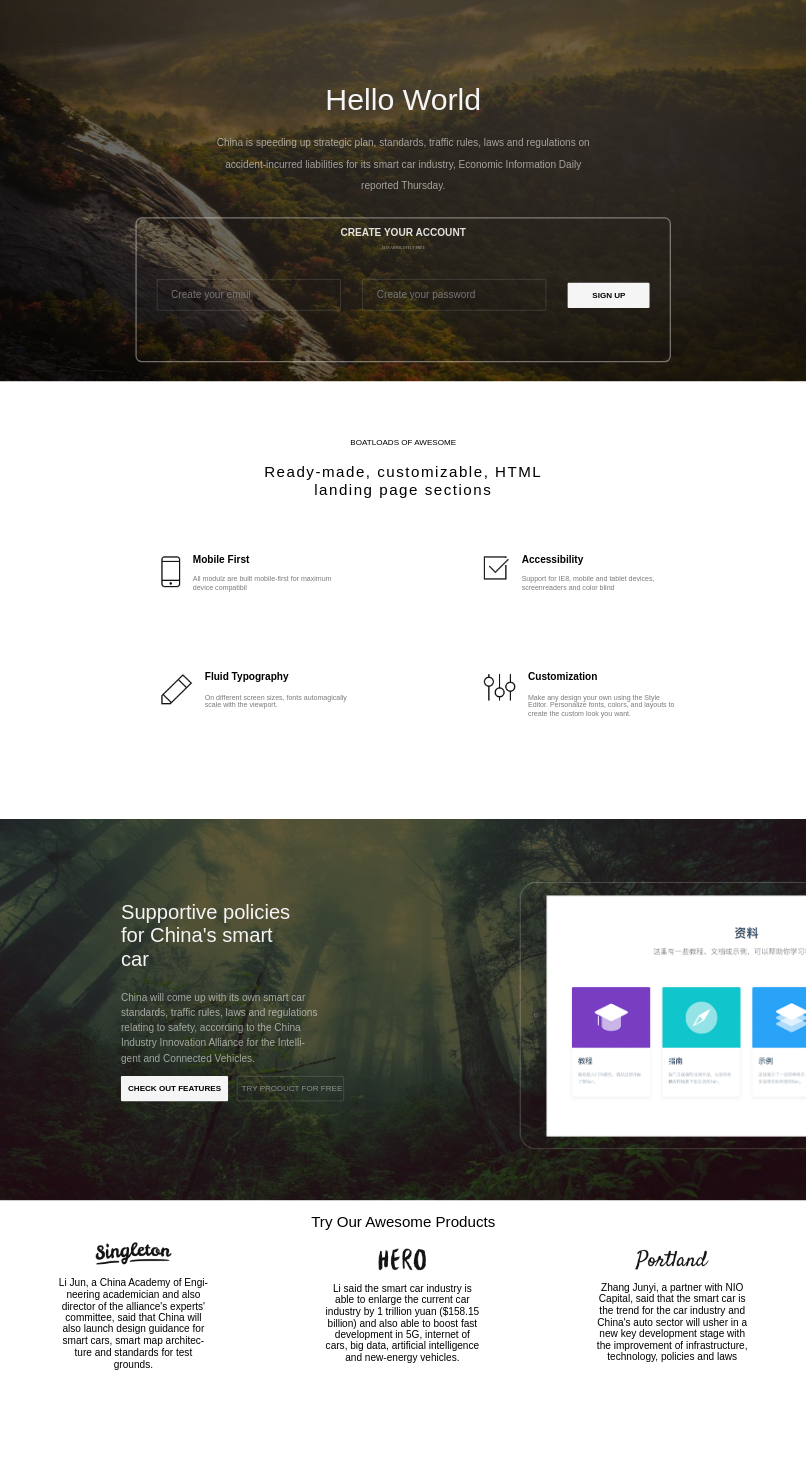
Repository: sogeisetsu/suy-ife
Page: 009-011/index.html
These files come from the project's save history. The page is drawn as it stood at one moment and after the next save; the edit follows.
The browser window is 1280 px wide. The pictures show the whole page, at 63% of full size.

Above is the page before, as saved 2019-10-12 01:29:26.

### 009-011/index.html
<!DOCTYPE html>
<html>
    <head>
        <meta name="charset" content="utf-8">
        <meta http-equiv="refresh" content="30">
        <link rel="stylesheet" href="normalize.css" type="text/css">
        <link rel="stylesheet" href="index.css" type="text/css">
    </head>
    <body>
        <div id=head>
            <div class=headback>
                <img src="sucai/head-back.png" alt="头部背景" class="head-image">
                <div class="headbackcolor"></div>
            </div>
            <div class="headfont">
                <h1 class="headfonttittle">Hello World</h1>
                <p class="headfonttext">China is speeding up strategic plan, standards, traffic rules, laws and regulations on  </p>
                <p class="headfonttext">accident-incurred liabilities for its smart car industry, Economic Information Daily </p>
                <p class="headfonttext">reported Thursday.</p>
            </div>
            <div class="headform">
                <h2 class="tittle">Create Your Account</h2>
                <p class="text">It is absolutely free</p>
                <form action="#">
                    <input class="input-field" type="email" name="email" id="email" placeholder="Create your email">
                    <input class="input-field" type="password" name="pws" id="pws" placeholder="Create your password">
                    <input class="sign-up" type="button" value="Sign Up">
                </form>
            </div>
        </div>
        <div id="page2">
            <div class="p2head">
                <p>Boatloads of Awesome</p>
                <h2>Ready-made, customizable, HTML <br>landing page sections</h2>
            </div>
            <div class="p2text">
                <div class="iphone">
                    <img src="sucai/Iphone Icon.png" alt="iphone">
                    <div class="texto">
                    <p class="tittle">Mobile First</p>
                    <p class="text">All modulz are built mobile-first for maximum<br>device compatibil </p>
                    </div>
                </div>
                <div class="check">
                    <img src="sucai/Check Icon.png" alt="check">
                    <div class="texto">
                    <p class="tittle">Accessibility</p>
                    <p class="text">Support for IE8, mobile and tablet devices,<br> screenreaders and color blind</p>
                    </div>
                </div>
                <div class="pencil">
                    <img src="sucai/Pencil Icon.png" alt="pencil">
                    <div class="texto">
                    <p class="tittle">Fluid Typography</p>
                    <p class="text">On different screen sizes, fonts automagically<br> scale with the viewport.</p>
                    </div>
                </div>
                <div class="setting">
                    <img src="sucai/Settings Icon.png" alt="setting">
                    <div class="texto">
                    <p class="tittle">Customization</p>
                    <p class="text">Make any design your own using the Style<br> Editor. Personalize fonts, colors, and layouts to<br> create the custom look you want.</p>
                    </div>
                </div>
            </div>
        </div>
        <div id=page3>
            <div class=page3back>
                <img src="sucai/page3background.png" alt="第三张背景" class="page3-image">
                <!-- <img src="sucai/page3Screen.png" alt="ipad屏幕" class="page3-screen"> -->
                <div class="headbackcolor"></div>
                <img src="sucai/page3Screen.png" alt="ipad屏幕" class="page3-screen">
            </div>
            <div class="page3text">
                <p class="tittle">Supportive policies<br> for China's smart<br> car</p>
                <p class="text">China will come up with its own smart car<br> standards, traffic rules, laws and regulations<br> relating to safety, according to the China<br> Industry Innovation Alliance for the Intelli-<br>gent and Connected Vehicles.</p>
                <input class="CheckoutFeatures" type="button" value="CHECK OUT FEATURES">
                <input class="TryproductforFree" type="button" value="Try product for Free">
            </div>
        </div>
        <div id="page4">
            <h2 class="tittle">Try Our Awesome Products</h2>
            <div class="text">
                <div class="singleton">
                    <img src="sucai/Singleton.png" alt="singleton">
                    <p>Li Jun, a China Academy of Engi-<br>neering academician and also<br> director of the alliance's experts'<br> committee, said that China will<br> also launch design guidance for<br> smart cars, smart map architec-<br>ture and standards for test<br> grounds.</p>
                </div>
                <div class="hero">
                    <img src="sucai/Hero.png" alt="hero">
                    <p>Li said the smart car industry is<br> able to enlarge the current car<br> industry by 1 trillion yuan ($158.15<br> billion) and also able to boost fast<br> development in 5G, internet of<br> cars, big data, artificial intelligence<br> and new-energy vehicles.</p>
                </div>
                <div class="portlaned">
                    <img src="sucai/Portland.png" alt="portland">
                    <p>Zhang Junyi, a partner with NIO<br> Capital, said that the smart car is<br> the trend for the car industry and<br> China's auto sector will usher in a<br> new key development stage with<br> the improvement of infrastructure,<br> technology, policies and laws</p>
                </div>
            </div>
        </div>
    </body>
</html>

### 009-011/index.css
html,body{
    margin: 0;
    height: 100%;
    width: 100%;
}
#head,#page2,#page3{
    width: 100%;
    height: 605px;
    /* overflow: hidden; */
}
#page4{
    width: 100%;
    height: 450px;
    overflow: hidden;
}
.headback{
    position: relative;
    width: 100%;
    height: 100%;
    z-index: -1;
}
.page3back{
    width: 100%;
    height: 100%;
    z-index: -1;
}
.page3-screen{
    position: relative;
    bottom: 1210px;
    height: 70%;
    display: block;
     margin-top: 100px;
     margin-right: 0%;
     float: right;
}
.headbackcolor{
    background-color: rgba(12, 10, 8, 0.61);
    width: 100%;
    height: 100%;
    position: relative;
    bottom: 605px;
}
.head-image,.page3-image{
    height: 100%;
    width: 100%;
    display: block;
}
.headfont{
    position: relative;
    margin: 0;
    bottom: 605px;
    text-align: center;
}
.headfonttittle,.page3text .tittle{
    margin-top: 130px;
    font-size: 3em;
    color: rgb(245, 245, 245);
    font-weight: 300;
}
.headfonttext,.page3text .text{
    font-weight: 300;
    color: rgba(255, 255, 255, 0.568);
}
.headform{
    position: relative;
    bottom: 605px;
    margin: 40px auto;
    border-style: solid ;
    border-width: 2px;
    border-color: rgba(236, 235, 233, 0.445);
    border-radius: 10px;
    box-sizing: border-box;
    width: 850px;
    display: flex;
    flex-direction: column;
    height: 230px;
}
.headform .tittle{
    color: rgba(252, 249, 246, 0.89);
    text-transform: uppercase;
    font-size: 1em;
    text-align: center;
}
.headform .text{
    color: rgba(252, 249, 246, 0.616);
    text-transform: uppercase;
    font-size: 0.3em;
    text-align: center;
    margin-top: 0;
    font-family: Montserrat-Light;
}
.headform form{
    margin: 40px auto;
}
input{
    color: rgb(245, 245, 245);
}
.headform .input-field{
    width: 292px;
    height: 50px;
    padding: 18px 0 18px 22px;
    margin-right: 30px;
    box-sizing: border-box;
	border-radius: 2px;
	border: solid 1px rgba(255, 255, 255, 0.2);
    background: transparent;
}

.headform .sign-up,.page3text .CheckoutFeatures,.page3text .TryproductforFree{
    color: rgb(0, 0, 0);
    background-color: rgb(245, 245, 245);
    text-align: center;
    border: 0;
    height: 40px;
    width: 130px;
    text-transform: uppercase;
    font-size: 0.8em;
    font-weight: bold;
    border-radius: 2px;
    cursor: pointer;
    outline: none;
}
.page3text .CheckoutFeatures{
    width: 170px;
}
.page3text .TryproductforFree{
    background-color: transparent;
    width: 170px;
    border: solid 1px rgba(255, 255, 255, 0.2);
    color: rgba(245, 245, 245, 0.486);
    font-weight: 400;
    position: relative;
    left: 10px;
}
.headform .sign-up:active{
    border: 0;
    border-color: rgb(245, 245, 245);
    outline: none;
}
.p2head{
    text-align: center;
    margin-top: 90px;
}
.p2head p{
    text-transform: uppercase;
    /* letter-spacing: 0.2em; */
    font-weight: 400;
    font-size: 0.8em;
    margin-bottom: 2em;
}
.p2head h2{
    font-weight: 400;
    letter-spacing: 0.1em;
    line-height: 1.2em;

}
.p2text{
    margin-top: 50px;
    display: flex;
    flex-flow: row wrap;
    margin-left: 20%;
}
.iphone,.check,.pencil,.setting{
    flex: 50%;
    margin-bottom: 60px;
    margin-top: 40px;
    /* overflow: hidden; */
}
.iphone img,.iphone .texto,.check .texto,.check img,.pencil .texto,.pencil img,.setting img,.setting .texto{
    float: left;
}
.iphone .texto,.check .texto,.pencil .texto,.setting .texto{
    position: relative;
    left: 20px;
    bottom: 20px;
    margin: 0;
}
.texto .tittle{
    font-weight: bold;
}
.texto .text{
    font-size: 0.7em;
    color: rgba(0, 0, 0, 0.521);
}
.page3text{
    width: 70%;
    left: 15%;
    bottom: 605px;
    position: relative;
}
.page3text .tittle{
    font-size: 2em;;
}
.page3text .text{
    line-height: 1.5em;
}
#page4 .tittle{
    text-align: center;
    font-weight: 300;
}
#page4 .text{
    display: flex;
    flex-flow: row;
    text-align: center;
    align-items: center;
    justify-content: space-around;
}

Loaded but not shown: 009-011/normalize.css (library)

After the next save:
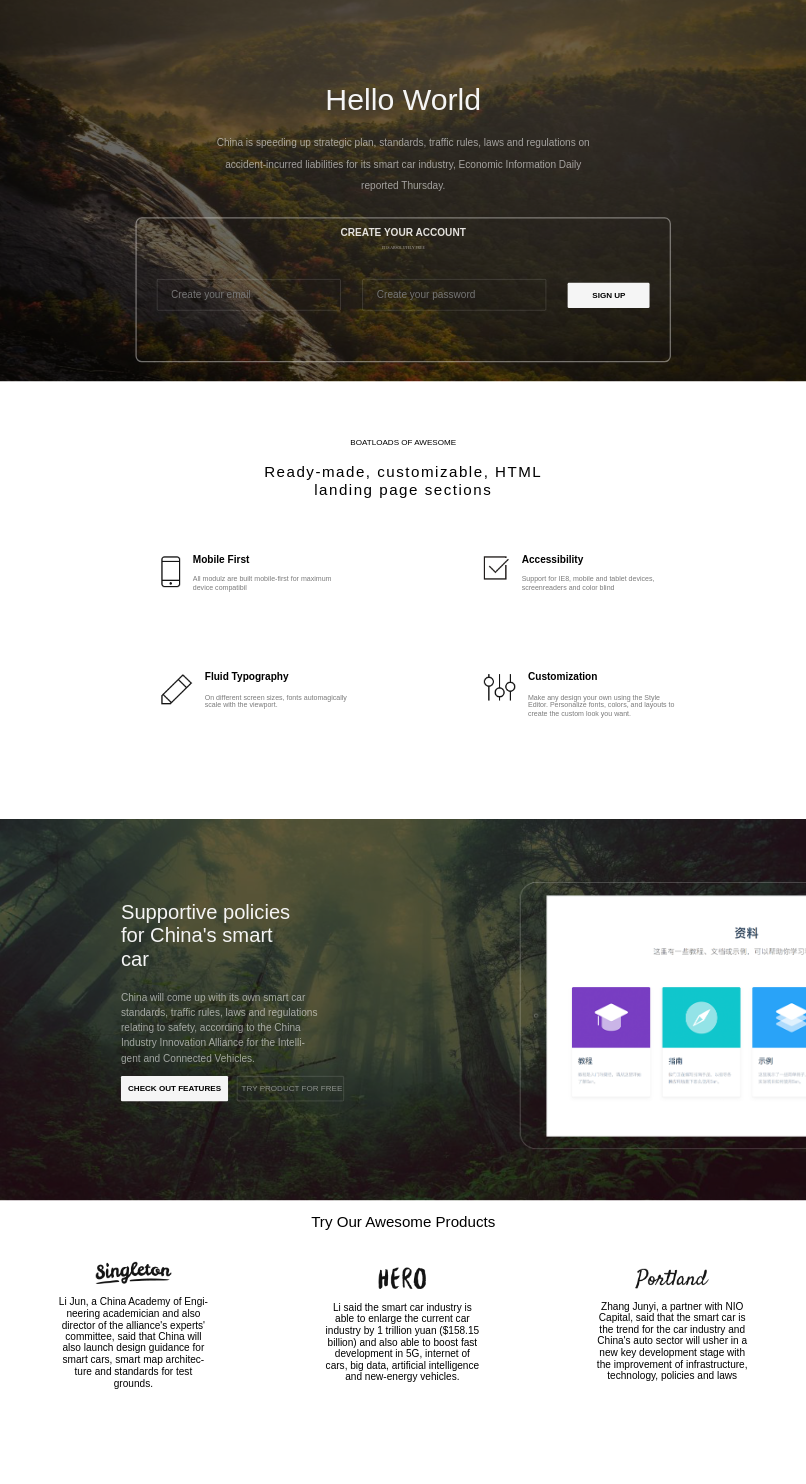
Saved 57 s later.
--- a/009-011/index.css
+++ b/009-011/index.css
@@ -204,4 +204,5 @@ input{
     text-align: center;
     align-items: center;
     justify-content: space-around;
-}
+    margin-top: 50px;
+}
